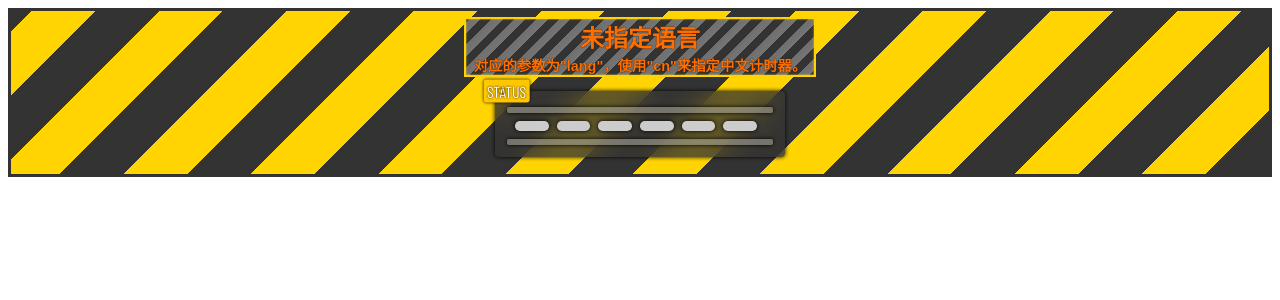
Repository: cirisus/ArknighTimer
Page: timer.html
An editor plug-in stored every save of this project. The page is shown before and after the next save, followed by the edit.
The browser window is 1280 px wide. The pictures show the whole page.
Some web fonts or font styles are not loaded; a fallback is used.

Above is the page before, as saved 2024-03-09 18:03:36.

### timer.html
<!DOCTYPE html>
<html>
  <head>
    <meta charset="UTF-8">
    <meta name="description" content="明日方舟同人中文站计时器本体">
    <meta name="keywords" content="arknights,wiki,timer">
    <link rel="stylesheet" href="/ArknighTimer/timer.css">
    <script src="/ArknighTimer/timer.js"></script>
  </head>

  <body>
    <noscript>此程序强依赖于对应的Javascript脚本。</noscript>
    <div id="timer">
      <div id="stuff">
      <h2 id="title"></h2>

      <div id="clock">
      <div id="progress-bar" class="progress-bar"><span id="progress-line" class="progress-line"><span></div>
        <div id="years-div" class="unit">
          <span id="years" class="unit-value"></span>
          <span id="years-label" class="unit-label"></span>
        </div>

        <div id="months-div" class="unit">
          <span id="months" class="unit-value"></span>
          <span id="months-label" class="unit-label"></span>
        </div>

        <div id="days-div" class="unit">
          <span id="days" class="unit-value"></span>
          <span id="days-label" class="unit-label"></span>
        </div>

        <div id="hours-div" class="unit">
          <span id="hours" class="unit-value"></span>
          <span id="hours-label" class="unit-label"></span>
        </div>

        <div id="minutes-div" class="unit">
          <span id="minutes" class="unit-value"></span>
          <span id="minutes-label" class="unit-label"></span>
        </div>

        <div id="seconds-div" class="unit">
          <span id="seconds" class="unit-value"></span>
          <span id="seconds-label" class="unit-label"></span>
        </div>
        <div id="progress-bar" class="progress-bar"><span id="progress-line" class="progress-line"><span></div>
        </div>
      </div>
    </div>
  </body>
</html>

### timer.css
@import url('https://fonts.googleapis.com/css2?family=Barlow+Condensed:ital,wght@0,100;0,200;0,300;0,400;0,500;0,600;0,700;0,800;0,900;1,100;1,200;1,300;1,400;1,500;1,600;1,700;1,800;1,900&display=swap');
@font-face {
  font-family: Glow Sans SC_Condensed;
  src: url(https://cdn.jsdelivr.net/gh/cirisus/ArknighTimer/GlowSans/GlowSansSC-Condensed-Medium.woff2);
  font-weight: normal;
  font-style: normal;
}
:root {
  --secondary-accent: 255, 212, 0;
  --scale-2: 51,51,51;
}
body {
  font-family: 'Glow Sans SC_Condensed',Arial, sans-serif;
  text-shadow: 0 0 1px black;
}
#timer {
  display: grid;
  grid-auto-columns: 1fr;
  grid-auto-rows: 1fr;
  grid-template-columns: 1fr;
  grid-template-rows: min-content 1fr;
  gap: 1px 1px;
  grid-template-areas:
    "title"
    "countdown";

  padding: 0.5rem;
  border: 3px solid rgb(var(--scale-2));
  background: repeating-linear-gradient(-45deg, rgb(var(--scale-2)), rgb(var(--scale-2)) 45px, rgb(var(--secondary-accent)) 0, rgb(var(--secondary-accent)) 90px);
}
#title {
  grid-area: title;
  text-align: center;
  margin-block-start: 0;
  margin-block-end: 0;
  background: rgb(var(--scale-2));
  width: fit-content;
  padding: 0 .5rem;
  margin: auto;
    outline: 2px solid #ffd301;
    box-shadow: inset 0 0 2px #ffd400;
    background-image: repeating-linear-gradient(135deg, rgb(var(--scale-2)), rgb(var(--scale-2)) 8px, rgb(111 111 111) 0, rgb(117 117 117) 16px);
    background-size: 500%;
    animation: progress-bar 300s infinite linear;
}
@keyframes progress-bar {
  0% {
    background-position-x: 100%;
  }
  100% {
    background-position: -400%;
  }
}
/*
h2#title:after {
  content: '';
  height: 47px;
  width: 2rem;
  position: absolute;
  transform: translateX(8px);
  background: #333;
  -webkit-clip-path: polygon(60% 0, 100% 50%, 60% 100%, 0 100%, 0 0);
  clip-path: polygon(60% 0, 100% 50%, 60% 100%, 0 100%, 0 0);
}
*/
#clock {
  display: flex;
  width: fit-content;
  justify-content: center;
  align-items: center;
  flex-wrap: wrap;
  grid-area: countdown;
  color: #f3f2ec;
  background-color: rgb(var(--scale-2), .75);
  -webkit-backdrop-filter: blur(1rem);
  backdrop-filter: blur(1rem);
  text-align: center;
  border-radius: 0.25em;
  margin: 1em auto .5rem;
  padding: 0 .25rem;
  box-shadow: 0 0 4px black;
  box-sizing: border-box;
  &::before {
    content: 'Status';
    font-family: "Barlow Condensed", sans-serif;
    position: absolute;
    display: inline-flex;
    top: 0;
    left: 0;
    width: fit-content;
    height: fit-content;
    border-radius: 0.15em;
    background-color: #ffc700;
    z-index: 1;
    transform: translate(-25%,-50%);
    box-shadow: 0 0 3px 0px black;
    padding: 2px 3px;
    align-items: center;
    color: white;
    text-shadow: 0 0 2px black;
    text-transform: uppercase;
  }
  &::after {
    content: attr(data-status);
    font-family: "Barlow Condensed", sans-serif;
    position: absolute;
    display: inline-flex;
    top: 0;
    left: 0;
    width: fit-content;
    height: fit-content;
    border-radius: 0.15em;
    z-index: 1;
    transform: translate(65%,-50%);
    box-shadow: 0 0 3px 0px black;
    padding: 2px 3px;
    align-items: center;
    text-shadow: 0 0 2px black;
    text-transform: uppercase;
  }
}
#clock[data-status="running"]::after {
  background-color: #16663e;
  color: #ccc;
}
#clock[data-status="expired"]::after {
  background-color: #ffcc00;
  color: #ccc;
}
#clock[data-status="ceased"]::after {
  background-color: #ad2117;
  color: #ccc;
}
#progress-bar {
  display: flex;
  position: relative;
  height: 6px;
  background-color: #e5e5e55f;
  width: 100%;
  margin: 1rem 0.5rem 0;
  border-radius: 2px;
  box-shadow: 0 0 4px black, inset 0 0 4px #746f57;
}
#progress-bar:last-child {
  margin: 0 .5rem .75rem
}
.progress-line {
  height: 100%;
  background-color: #4CAF50;
  border-radius: 2px;
  display: inline-flex;
  width: 0%;
  position: absolute;
}
.unit {
  display: inline-flex;
  margin: 0.5em 0;
  justify-content: center;
  align-items: center;
}

.unit-value {
  font-family: "Barlow Condensed", sans-serif;
  font-size: 2em;
  color: #333;
  background-color: #ccc;
  border-radius: 0.15em;
  padding: 0.15em;
  box-shadow: 0 0 5px black;
  min-width: 1.5rem
}

.unit-label {
  font-size: 1.5em;
  padding: 0 .25rem;
}

/* Basic utility classes */
.hidden {
  display: none;
}

.error {
  color: rgb(255, 111, 0);
  animation: none;
}
.error-secondary {
  font-size: 0.6em;
}
.progress {
  color: #f3f2ec;
}

.finished {
  color: #fff28e;
  animation: none;
}

### timer.js
// Constants
var SECONDS_MS = 1000;
var MINUTES_MS = SECONDS_MS * 60;
var HOURS_MS = MINUTES_MS * 60;
var DAYS_MS = HOURS_MS * 24;

var SECONDS_ENUM = 0;
var MINUTES_ENUM = 1;
var HOURS_ENUM = 2;
var DAYS_ENUM = 3;
var MONTHS_ENUM = 4;
var YEARS_ENUM = 5;

// Initialization errors are only in English unfortunately.
function setError(primary, secondary = null) {
  var titleElement = document.getElementById('title');
  titleElement.classList.add('error');
  titleElement.innerText = primary;

  var clockElement = document.getElementById('clock');
  clockElement.classList.add('hidden');

  if (secondary) {
    var messageElement = document.createElement('div');
    messageElement.classList.add('error-secondary');
    messageElement.innerText = secondary;
    titleElement.appendChild(messageElement);
  }
}

// Localization
function getMessage(language, messageKey) {
  var translations = {
    // English
    'en': {
      'timer-description': 'Timer expiring at',
      'timer-progress': 'This timer will expire in',
      'timer-finished': 'This timer has been expired since',
      'years': 'years',
      'months': 'months',
      'days': 'days',
      'hours': 'hours',
      'minutes': 'minutes',
      'seconds': 'seconds',
    },

    // French
    'fr': {
      'timer-description': 'Fin du compte à rebours à',
      'timer-progress': 'Ce compte à rebours se terminera dans',
      'timer-finished': 'Ce compte à rebous est terminé depuis',
      'years': 'ans',
      'months': 'mois',
      'days': 'jours',
      'hours': 'heures',
      'minutes': 'minutes',
      'seconds': 'secondes',
    },

    // Pig Latin
    'pig': {
      'timer-description': 'Imertay expiringyay atyay',
      'timer-progress': 'Isthay imertay illway expireyay inyay',
      'timer-finished': 'Isthay imertay ashay eenbay expiredyay incesay',
      'years': 'earsyay',
      'months': 'onthsmay',
      'days': 'aysday',
      'hours': 'ourshay',
      'minutes': 'inutesmay',
      'seconds': 'econdssay',
    },

    // Spanish
    'es': {
      'timer-description': 'El temporizador finaliza en',
      'timer-progress': 'El temporizador finalizará en',
      'timer-finished': 'El temporizador ha finalizado desde hace',
      'years': 'años',
      'months': 'meses',
      'days': 'días',
      'hours': 'horas',
      'minutes': 'minutos',
      'seconds': 'segundos',
    },

    // Vietnamese
    'vi': {
      'timer-description': 'Đồng hồ kết thúc vào',
      'timer-progress': 'Đồng hồ sẽ kết thúc trong',
      'timer-finished': 'Đồng hồ này đã kết thúc kể từ',
      'years': 'năm',
      'months': 'tháng',
      'days': 'ngày',
      'hours': 'giờ',
      'minutes': 'phút',
      'seconds': 'giây',
    },

    // Simplified Chinese
    'cn': {
      'timer-description': '此计时器将过期于：',
      'timer-progress': '此计时器将过期于：',
      'timer-finished': '此计时器已过期：',
      'years': '年',
      'months': '月',
      'days': '日',
      'hours': '时',
      'minutes': '分',
      'seconds': '秒',
    },
  };

  // Special case:
  // The 'test' language just echoes the message key back out.
  if (language === 'test') {
    return messageKey;
  }

  // Get message based on language
  var messages = translations[language];
  if (!messages) {
    setError('暂无此语言的计时器 ' + language);
    return null;
  }

  var message = messages[messageKey];
  if (!message) {
    setError('无效的参数' + messageKey);
    return null;
  }

  return message;
}

function insertCSS(styling) {
  var head = document.head || document.getElementsByTagName('head')[0];
  var style = document.createElement('style');

  style.type = 'text/css';
  style.appendChild(document.createTextNode(styling));
  head.appendChild(style);
}

function getDaysInFebruary(startYear) {
  return (startYear % 4 === 0 && startYear % 100 !== 0)
    || startYear % 400 === 0 ? 29 : 28;
}

function elapsedData(targetTime) {
  var now = new Date();
  var elapsed = now - targetTime;

  if (elapsed >= 0) {
    // Date is in the past
    return {
      elapsed: elapsed,
      finished: true,
      startTime: targetTime,
      endTime: now,
    };
  } else {
    // Date is in the future
    return {
      elapsed: -elapsed,
      finished: false,
      startTime: now,
      endTime: targetTime,
    };
  }
}

// Based on https://stackoverflow.com/a/49201872
// Calculate differences greater than a day.
function dateDiff(startDate, endDate) {
  // Trim sub-day differences to avoid 0.8 days from rounding up.
  var diff = endDate - startDate;
  diff -= Math.floor(diff % DAYS_MS);
  endDate = new Date(startDate.getTime() + diff);

  // Get month data
  var february = getDaysInFebruary(startDate.getFullYear());
  var daysInMonth = [31, february, 31, 30, 31, 30, 31, 31, 30, 31, 30, 31];

  var yearDiff = endDate.getFullYear() - startDate.getFullYear();
  var monthDiff = endDate.getMonth() - startDate.getMonth();
  if (monthDiff < 0) {
    yearDiff--;
    monthDiff += 12;
  }

  var dayDiff = endDate.getDate() - startDate.getDate();
  if (dayDiff < 0) {
    if (monthDiff > 0) {
      monthDiff--;
    } else {
      yearDiff--;
      monthDiff = 11;
    }

    dayDiff += daysInMonth[startDate.getMonth()];
  }

  return {
    years: yearDiff,
    months: monthDiff,
    days: dayDiff,
  };
}

// Calculate difference in time, in all units
function timeRemaining(targetTime) {
  var data = elapsedData(targetTime);

  // Differences > 1 day
  var dateDiffs = dateDiff(data.startTime, data.endTime);
  var years = dateDiffs.years;
  var months = dateDiffs.months;
  var days = dateDiffs.days;

  // Differences < 1 day
  var elapsed = Math.floor(data.elapsed % DAYS_MS);

  var hours = Math.floor(elapsed / HOURS_MS);
  elapsed = Math.floor(elapsed % HOURS_MS);

  var minutes = Math.floor(elapsed / MINUTES_MS);
  elapsed = Math.floor(elapsed % MINUTES_MS);

  var seconds = Math.floor(elapsed / SECONDS_MS);
  elapsed = Math.floor(elapsed % MINUTES_MS);

  // Get highest unit present
  var highest;
  if (years > 0) {
    highest = YEARS_ENUM;
  } else if (months > 0) {
    highest = MONTHS_ENUM;
  } else if (days > 0) {
    highest = DAYS_ENUM;
  } else if (hours > 0) {
    highest = HOURS_ENUM;
  } else if (minutes > 0) {
    highest = MINUTES_ENUM;
  } else {
    highest = SECONDS_ENUM;
  }

  return {
    years: years,
    months: months,
    days: days,
    hours: hours,
    minutes: minutes,
    seconds: seconds,
    finished: data.finished,
    highest: highest,
  };
}

function setTimerField(language, field, value) {
  var visible = value !== null;

  if (visible) {
    document.getElementById(field).innerText = value;
  }

  setTimerFieldVisibility(field, visible);
}

function setTimerFieldVisibility(field, visible) {
  var element = document.getElementById(field + '-div');

  if (visible) {
    element.classList.remove('hidden');
  } else {
    element.classList.add('hidden');
  }
}

function createTimer(language, targetTime, progressMessage, finishedMessage) {
  progressMessage = progressMessage || getMessage(language, 'timer-progress');
  finishedMessage = finishedMessage || getMessage(language, 'timer-finished');

  // Update routine, to invoke every second
  var timerFields = [
    ['years', YEARS_ENUM, 1],
    ['months', MONTHS_ENUM, 1],
    ['days', DAYS_ENUM, 1],
    ['hours', HOURS_ENUM, 2],
    ['minutes', MINUTES_ENUM, 2],
    ['seconds', SECONDS_ENUM, 2],
  ];

  // Initial application of field labels
  for (var i = 0; i < timerFields.length; i++) {
    var field = timerFields[i][0];
    document.getElementById(field + '-label').innerText = getMessage(language, field);
  }

  function updateTimer() {
    var remaining = timeRemaining(targetTime);

    // Set title message
    var titleElement = document.getElementById('title');

    if (remaining.finished) {
      titleElement.innerText = finishedMessage;
      titleElement.classList = ['finished'];
      document.getElementById('clock').setAttribute('data-status', 'expired');
    } else {
      titleElement.innerText = progressMessage;
      titleElement.classList = ['progress'];
      document.getElementById('clock').setAttribute('data-status', 'running');
    }

    // Set individual timer fields
    for (var i = 0; i < timerFields.length; i++) {
      var field = timerFields[i][0];
      var fieldEnum = timerFields[i][1];
      var padWidth = timerFields[i][2];

      // If the value is to be shown, then display it.
      // Ensure digits are padded to the appropriate width.
      var value = remaining.highest >= fieldEnum
        ? String(remaining[field]).padStart(padWidth, '0')
        : null;

      setTimerField(language, field, value);
    }
  }

  // Set title.
  // Since this is meant to be used as an iframe, setting it every tick is pointless.
  document.title = getMessage(language, 'timer-description') + ' ' + targetTime;

  // Configure timer to run regularly.
  updateTimer();
  setInterval(updateTimer, 1000);
}

function setup() {
  // Get parameters
  var url = new URL(window.location.href);
  var parameters = new URLSearchParams(url.search);
  var language = parameters.get('lang');
  var timestamp = parameters.get('time');
  var progressMessage = parameters.get('progress');
  var finishedMessage = parameters.get('finished');
  var styling = parameters.get('style'); // allows custom CSS to be injected

  // Check parameters
  if (!language) {
    setError('未指定语言', '对应的参数为"lang"，使用"cn"来指定中文计时器。');
    return;
  }

  if (!timestamp) {
    setError('未设置时间','对应的参数是"time"，可以使用UNIX时间戳或ISO时间字符串。');
    return;
  }

  var targetTime;
  if (/^\d+(\.\d+)?$/.exec(timestamp)) {
    targetTime = new Date(parseFloat(timestamp) * 1000);
  } else {
    targetTime = new Date(timestamp);
    if (isNaN(targetTime)) {
      setError('无效时间戳', timestamp);
      return;
    }
  }

  // Insert custom CSS, if any
  if (styling !== null) {
    insertCSS(styling);
  }

  // Initialize clock
  createTimer(language, targetTime, progressMessage, finishedMessage);
}

setTimeout(setup, 5);

After the next save:
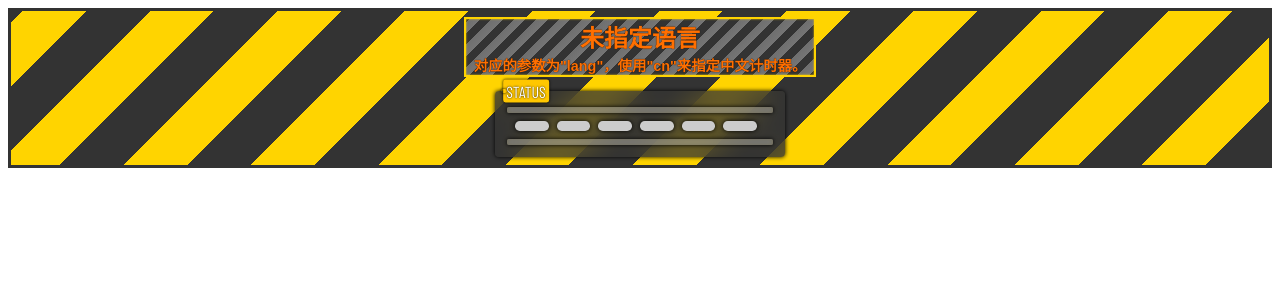
Saved 37 min 33 s later.
--- a/timer.css
+++ b/timer.css
@@ -15,6 +15,11 @@
 }
 #timer {
   display: grid;
+  padding: 0.5rem;
+  border: 3px solid rgb(var(--scale-2));
+  background: repeating-linear-gradient(-45deg, rgb(var(--scale-2)), rgb(var(--scale-2)) 45px, rgb(var(--secondary-accent)) 0, rgb(var(--secondary-accent)) 90px);
+}
+#stuff {
   grid-auto-columns: 1fr;
   grid-auto-rows: 1fr;
   grid-template-columns: 1fr;
@@ -23,10 +28,6 @@
   grid-template-areas:
     "title"
     "countdown";
-
-  padding: 0.5rem;
-  border: 3px solid rgb(var(--scale-2));
-  background: repeating-linear-gradient(-45deg, rgb(var(--scale-2)), rgb(var(--scale-2)) 45px, rgb(var(--secondary-accent)) 0, rgb(var(--secondary-accent)) 90px);
 }
 #title {
   grid-area: title;
@@ -76,7 +77,7 @@
   backdrop-filter: blur(1rem);
   text-align: center;
   border-radius: 0.25em;
-  margin: 1em auto .5rem;
+  margin: 1em auto 0;
   padding: 0 .25rem;
   box-shadow: 0 0 4px black;
   box-sizing: border-box;
@@ -92,7 +93,7 @@
     border-radius: 0.15em;
     background-color: #ffc700;
     z-index: 1;
-    transform: translate(-25%,-50%);
+    transform: translate(18%,-50%);
     box-shadow: 0 0 3px 0px black;
     padding: 2px 3px;
     align-items: center;
@@ -111,7 +112,7 @@
     height: fit-content;
     border-radius: 0.15em;
     z-index: 1;
-    transform: translate(65%,-50%);
+    transform: translate(100%,-50%);
     box-shadow: 0 0 3px 0px black;
     padding: 2px 3px;
     align-items: center;
